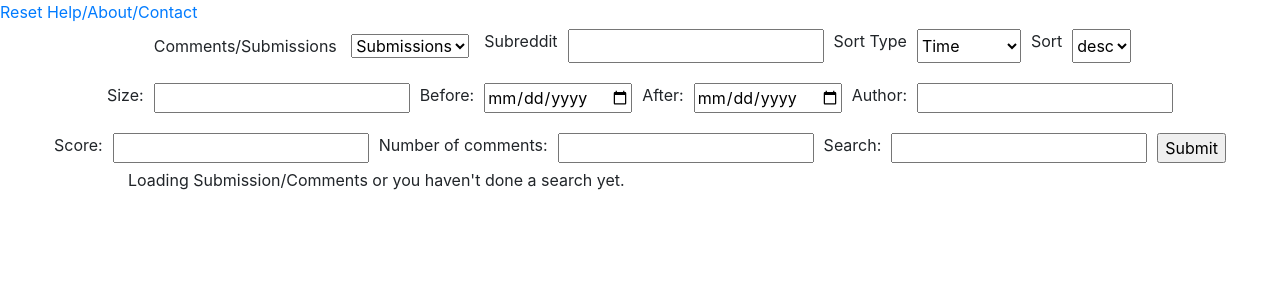
Repository: ihsoyCT/ctarchive
Page: dist/index.html
These files come from the project's save history. The page is drawn as it stood at one moment and after the next save; the edit follows.
The browser window is 1280 px wide. The pictures show the whole page.

Above is the page before, as saved 2022-05-03 17:19:33.

After the next save:
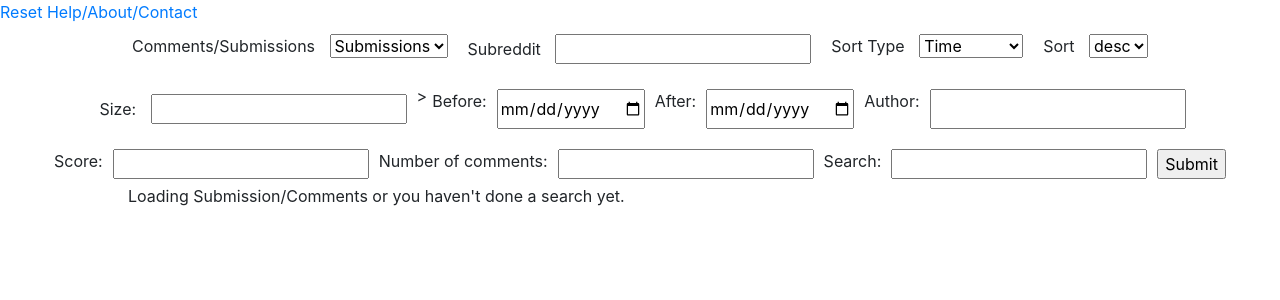
Saved 85 s later.
--- a/dist/index.html
+++ b/dist/index.html
@@ -126,22 +126,31 @@
               <option value="comments">Comments</option>
             </select>
           </label>
-          <label for="subreddit"> Subreddit </label>
-          <input type="text" name="subreddit" id="subreddit" />
-          <label for="sort_type">Sort Type</label>
-          <select name="sort_type" id="sort_type">
-            <option value="created_utc">Time</option>
-            <option value="score">Score</option>
-            <option value="num_comments">Comments</option>
-          </select>
-          <label for="sort">Sort</label>
-          <select name="sort" id="sort">
-            <option value="desc">desc</option>
-            <option value="asc">asc</option>
-          </select>
+          <label for="subreddit">
+            <span class="label">Subreddit </span>
+            <input type="text" name="subreddit" id="subreddit"
+          /></label>
+          <label for="sort_type"
+            ><span class="label">Sort Type</span>
+            <select name="sort_type" id="sort_type">
+              <option value="created_utc">Time</option>
+              <option value="score">Score</option>
+              <option value="num_comments">Comments</option>
+            </select></label
+          >
+          <label for="sort"
+            ><span class="label">Sort</span>
+            <select name="sort" id="sort">
+              <option value="desc">desc</option>
+              <option value="asc">asc</option>
+            </select></label
+          >
           <div class="break"></div>
-          <label for="size">Size:</label
-          ><input type="text" name="size" id="size" />
+          <label for="size"
+            ><span class="label">Size:</span>
+            <input type="text" name="size" id="size" />
+          </label>
+          >
           <label for="before">Before:</label>
           <input type="date" name="before" id="before" />
           <label for="after">After:</label>
